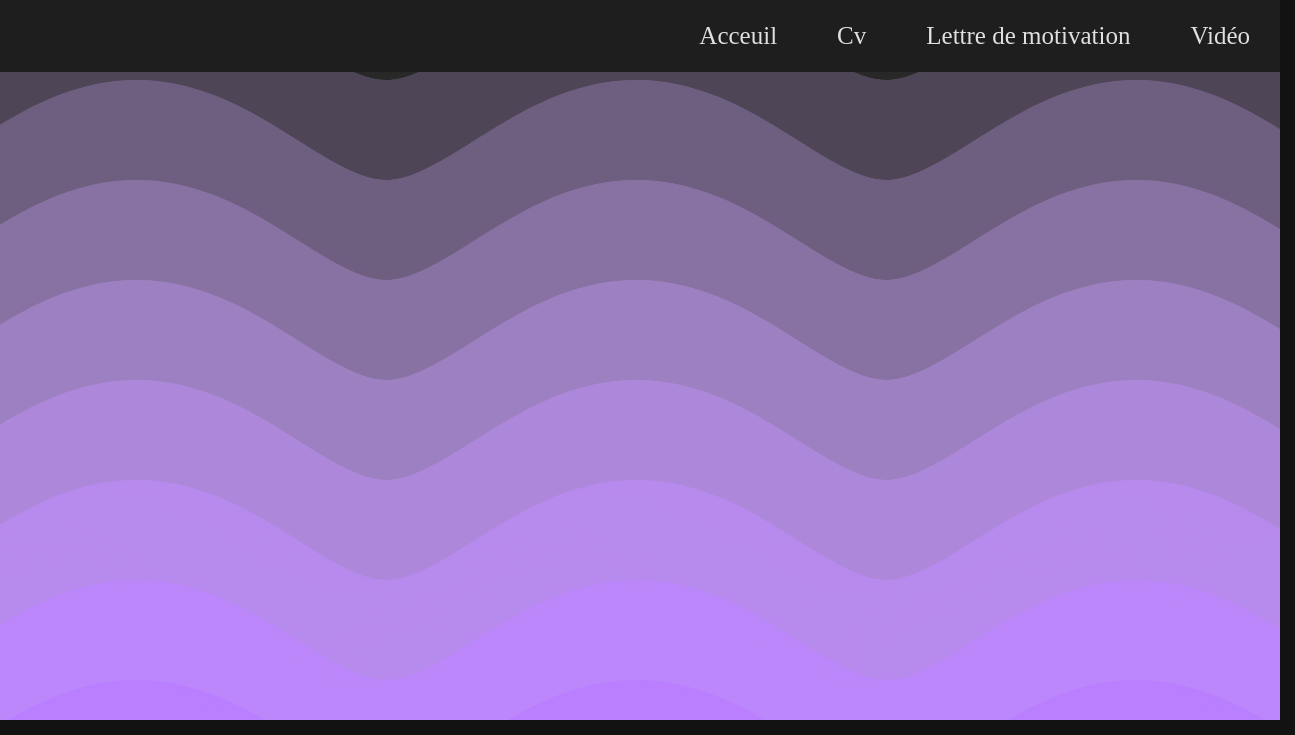
Repository: Iban-del/ProjetBacIban
Page: index.html
An editor plug-in stored every save of this project. The page is shown before and after the next save, followed by the edit.
The browser window is 1280 px wide. The page is 1295 px wide, so the pictures cover 1295 px, including what lies to the right of the window. The pictures show the whole page.
The page's requests for data from a server got no answer.

Above is the page before, as saved 2025-02-24 22:27:55.

After the next save:
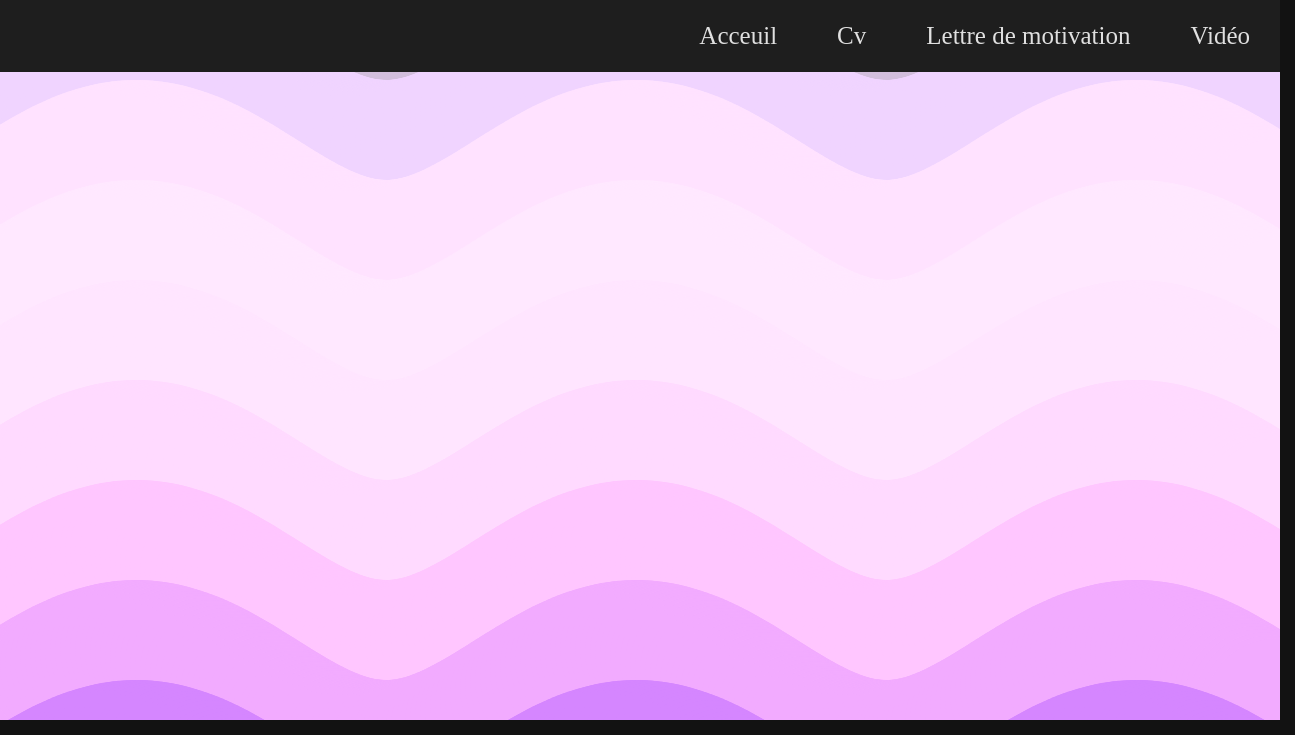
Saved 30 s later.
--- a/js/background.js
+++ b/js/background.js
@@ -58,17 +58,17 @@ function vague(x,A){
 
 
 /**
- * Affichage de la vague avec un dégradé vers #BB86FC en bas
+ * Affichage de la vague avec un dégradé vers #BB86FC et des couleurs plus claires
  * @param {CanvasRenderingContext2D} ctx
  * @param {HTMLCanvasElement} canvas
  */
 function drawVague(ctx, canvas) {
     if (ctx instanceof CanvasRenderingContext2D) {
         // Fond noir pour le mode sombre
-        ctx.fillStyle = "#0A0A0A";
+        ctx.fillStyle = "#121212"; // Noir légèrement éclairci
         ctx.fillRect(0, 0, canvas.width, canvas.height);
 
-        let color = 0; // Couleur de base
+        let color = 100; // Base plus claire
         const targetColor = { r: 187, g: 134, b: 252 }; // Code couleur #BB86FC
 
         for (let t = -200; t < canvas.height + 200; t += 100) {
@@ -79,23 +79,25 @@ function drawVague(ctx, canvas) {
 
                 ctx.lineTo(x, y);
 
-                // Calcul du dégradé progressif
+                // Calcul du dégradé progressif plus lumineux
                 let ratio = t / canvas.height; // Ratio de progression vers le bas
                 let red = Math.round(color + (targetColor.r - color) * ratio);
                 let green = Math.round(color + (targetColor.g - color) * ratio);
                 let blue = Math.round(color + (targetColor.b - color) * ratio);
 
-                let globalColor = `rgb(${red}, ${green}, ${blue})`;
+                let globalColor = `rgb(${red + 50}, ${green + 30}, ${blue + 60})`; // Éclaircissement
+
                 ctx.fillStyle = globalColor;
 
                 ctx.beginPath();
                 ctx.arc(x, y, 70, 0, Math.PI * 2, true);
                 ctx.fill();
             }
-            color += 20; // Augmentation progressive des couleurs
+            color += 30; // Augmente plus vite la luminosité
         }
     }
 }
+
 
 
 
